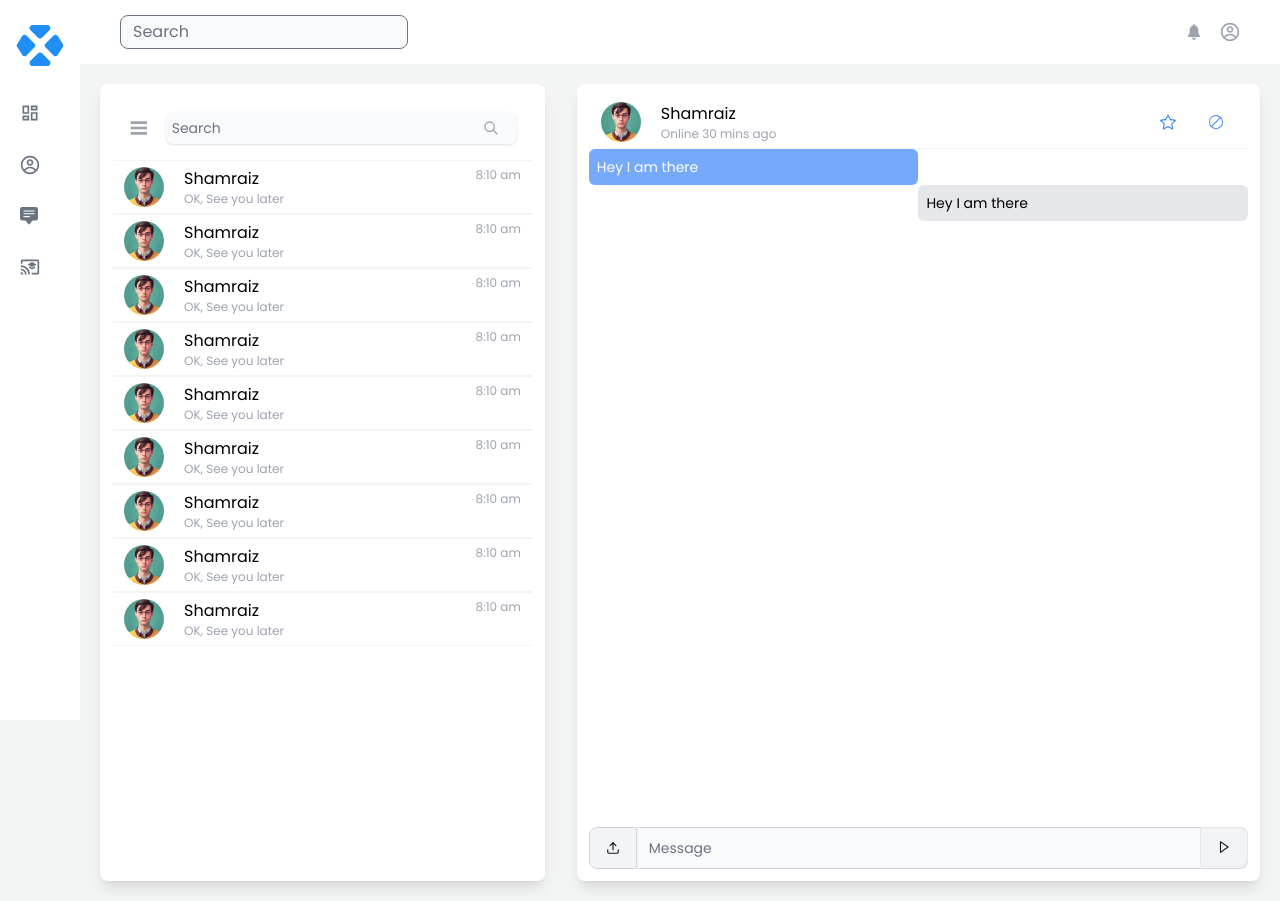
Repository: Shamraiz761/Frontend-Assessment
Page: /chat
An editor plug-in stored every save of this project. The page is shown before and after the next save, followed by the edit.
The browser window is 1280 px wide. The pictures show the whole page.
The project was rebuilt for these pictures with package versions that can differ from the ones it lists, and the page was loaded fresh each time. Also part of the build but not shown: vite.config.js, src/routes/root.jsx, src/pages/orders/index.jsx, src/pages/submission/index.jsx, src/pages/admin/index.css, src/components/admin/card.jsx, src/components/admin/addCard.jsx, src/pages/admin/index.jsx and 3 more. Imported but missing from the stored project, and not drawn on this page: src/pages/auth/login, src/pages/tasks, src/routes/profileLayout.

Above is the page before, as saved 2023-06-16 11:52:52.

### src/main.jsx
import ReactDOM from 'react-dom/client'

import React from 'react'

import App from './App.jsx'
import './index.css'

ReactDOM.createRoot(document.getElementById('root')).render(
  <React.StrictMode>
    <App />
  </React.StrictMode>,
)

### src/App.jsx
import React from 'react'
import { DndProvider } from 'react-dnd'
import { HTML5Backend } from 'react-dnd-html5-backend'
import 'flowbite'

import AppRoutes from './routes'

export default function App() {
  return (
    <DndProvider backend={HTML5Backend}>
      <AppRoutes />
    </DndProvider>
  )
}

### src/index.css
@import url("https://fonts.googleapis.com/css2?family=Poppins:wght@400;500;600;700;800;900&display=swap");

@tailwind base;
@tailwind components;
@tailwind utilities;

* {
  margin: 0;
  padding: 0;
}

body {
  margin: 0;
  font-family: "Poppins", -apple-system, BlinkMacSystemFont, "Segoe UI",
    "Roboto", "Oxygen", "Ubuntu", "Cantarell", "Fira Sans", "Droid Sans",
    "Helvetica Neue", sans-serif;
  -webkit-font-smoothing: antialiased;
  -moz-osx-font-smoothing: grayscale;
  width: 100vw;
  overflow-x: hidden;
  background-color: #f2f5f3;
  /* background: linear-gradient(180deg, #faefe8 0%, #edc7ac 100%); */
}

code {
  font-family: source-code-pro, Menlo, Monaco, Consolas, "Courier New",
    monospace;
}

.pointer-cursor {
  cursor: pointer;
}

.cusBorder {
  border: 1px solid #000;
  border-radius: 5px;
}

img {
  cursor: pointer;
}
.errors {
  color: #dc3545;
  padding: 0;
  margin: 0;
  font-size: 12px;
}
.loader {
  position: fixed;
  top: 0;
  bottom: 0;
  left: 0;
  right: 0;
  background-color: rgba(47, 151, 161, 0.32);

  display: flex;
  justify-content: center;
  align-items: center;
}

.link {
  color: #000;
  cursor: pointer;
  text-decoration: none;
}
.link:hover {
  color: #000;
}

.trans-btn {
  background-color: transparent;
  border: none;
}
.profile-logout-btn {
  border: 0;
}
.profile-logout-btn:hover {
  border: 0;
}
.profile-btn {
  border-radius: 0;
  border: 0;
}
.logout-btn {
  border-radius: 0;
  border: 0;
}
.logout-btn:hover {
  background-color: rgba(220, 53, 69, 0.5);
  border: 0;
  color: #fff;
}
.breadcrumbs ul {
  list-style: none;
  display: inline-block;
}

.breadcrumbs ul li {
  display: inline;
}

.breadcrumbs ul li .bc-link {
  /* display: block; */
  width: max-content;
  background-color: #f8f9fa;
  padding: 6px 15px 6px 25px;
  text-align: center;
  position: relative;
  margin: 0 10px 0 0;
  font-size: 15px;
  text-decoration: none;
  color: #000;
}
.breadcrumbs ul li .bc-link::after {
  content: "";
  border-top: 17px solid transparent;
  border-bottom: 17px solid transparent;
  border-left: 17px solid #f8f9fa;
  position: absolute;
  top: 0;
  right: -17px;
  z-index: 1;
}
.breadcrumbs ul li .bc-link::before {
  content: "";
  border-top: 17px solid transparent;
  border-bottom: 17px solid transparent;
  border-left: 17px solid #71cdd5;
  position: absolute;
  top: 0;
  left: 0;
}
.breadcrumbs ul li:first-child .bc-link {
  border-top-left-radius: 5px;
  border-bottom-left-radius: 5px;
}
.breadcrumbs ul li:first-child .bc-link::before {
  display: none;
}

.breadcrumbs ul li:last-child .bc-link {
  padding-right: 20px;
  border-top-right-radius: 5px;
  border-bottom-right-radius: 5px;
}
.breadcrumbs ul li:last-child .bc-link::after {
  display: none;
}

@media screen and (max-width: 500px) {
  .breadcrumbs ul li .bc-link {
    /* display: block; */
    padding: 2px 2px 2px 13px;
    /* margin: 0 10px 0 0; */
    font-size: 14px;
  }

  .breadcrumbs ul li .bc-link::after {
    content: "";
    border-top: 11.6px solid transparent;
    border-bottom: 11.6px solid transparent;
    border-left: 11.6px solid #f8f9fa;
    position: absolute;
    top: 0;
    right: -11.6px;
    z-index: 1;
  }
  .breadcrumbs ul li .bc-link::before {
    content: "";
    border-top: 11.6px solid transparent;
    border-bottom: 11.6px solid transparent;
    border-left: 11.6px solid #71cdd5;
    position: absolute;
    top: 0;
    left: 0;
  }
  .breadcrumbs ul li:last-child .bc-link {
    padding-right: 5px;
  }
}

@media screen and (max-width: 350px) {
  .breadcrumbs ul li .bc-link {
    /* display: block; */
    padding: 2px 2px 2px 12px;
    /* margin: 0 10px 0 0; */
    font-size: 10px;
  }

  .breadcrumbs ul li .bc-link::after {
    content: "";
    border-top: 9px solid transparent;
    border-bottom: 9px solid transparent;
    border-left: 9px solid #f8f9fa;
    position: absolute;
    top: 0;
    right: -9px;
    z-index: 1;
  }
  .breadcrumbs ul li .bc-link::before {
    content: "";
    border-top: 9px solid transparent;
    border-bottom: 9px solid transparent;
    border-left: 9px solid #edc7ac;
    position: absolute;
    top: 0;
    left: 0;
  }
  .breadcrumbs ul li:last-child .bc-link {
    padding-right: 5px;
  }
}

/* ********************************************** */

### src/routes/index.jsx
import {
  createBrowserRouter,
  createRoutesFromElements,
  RouterProvider,
  Route,
} from "react-router-dom";

import * as React from "react";

import Layout from "./layout";
import Root from "./root";

import Login from "../pages/auth/login";
import Chat from "../pages/chat";
import UserChat from "../components/chat/userChat";
import ProfileLayout from "./profileLayout";
import Tasks from "../pages/tasks";
import Orders from "../pages/orders";
import Submission from "../pages/submission";
import Admin from "../pages/admin";
import MarketPlace from "../pages/marketplace";
import View from "../pages/view";

export default function AppRoutes() {
  const router = createBrowserRouter(
    createRoutesFromElements(
      <Route>
        <Route path="/login" element={<Login />} />

        <Route element={<Layout />}>
          <Route path="/chat" element={<Chat />}>
            <Route path="userchat" element={<UserChat />} />
          </Route>
          <Route path="/marketplace" element={<MarketPlace />} />
          <Route path="/view" element={<View />} />

          <Route path={"/"} element={<ProfileLayout />}>
            {/* Add Task order payment submit route here */}
            <Route path="/admin" element={<Admin />} />
            <Route path="/" element={<Tasks />} />
            <Route path="/orders" element={<Orders />} />
            <Route path="/tasks" element={<Tasks />} />
            <Route path="/submission" element={<Submission />} />
          </Route>
        </Route>
      </Route>
    )
  );

  return <RouterProvider router={router} />;
}

### src/routes/layout.jsx
import { Link, Outlet, useNavigate } from "react-router-dom";
import { Gi3DGlasses } from "react-icons/gi";
import { CgProfile } from "react-icons/cg";
import { BsArrowLeft, BsFillChatSquareTextFill } from "react-icons/bs";
import { MdOutlineDashboard, MdOutlineCastForEducation } from "react-icons/md";
import "./index.css";

import React, { useState } from "react";
import Header from "../components/header/index";

export default function Layout() {
  const [open, setOpen] = useState(false);
  const [type, setType] = useState(false);
  const navigate = useNavigate();
  return (
    <div>
      <div
        className={`h-screen bg-white p-3 ${
          open ? "w-56" : "w-20"
        } fixed top-0 sidebar z-50`}
      >
        <div className="flex flex-row justify-center">
          <svg
            width="67"
            height="67"
            viewBox="0 0 67 67"
            fill="none"
            xmlns="http://www.w3.org/2000/svg"
            className={` text-4xl block float-left cursor-pointer rounded transition duration-500 ${
              !open && "rotate-[360deg]"
            }`}
            onClick={() => {
              setOpen(!open);
              setType(false);
            }}
          >
            <path
              d="M22.138 15.2984L30.8759 24.0363C32.3276 25.488 34.7005 25.488 36.1522 24.0363L44.8901 15.2984C47.2351 12.9534 45.588 8.90552 42.238 8.90552H24.7622C21.4401 8.90552 19.7651 12.9534 22.138 15.2984Z"
              fill="#208FF5"
            />
            <path
              d="M22.138 51.7017L30.8759 42.9637C32.3276 41.5121 34.7005 41.5121 36.1522 42.9637L44.8901 51.7017C47.2351 54.0467 45.588 58.0946 42.238 58.0946H24.7622C21.4401 58.0946 19.7651 54.0467 22.138 51.7017Z"
              fill="#208FF5"
            />
            <path
              d="M6.03002 31.9088L12.423 21.8588C13.428 20.2676 15.6614 20.0163 17.0014 21.3563L27.0514 31.4063C28.1959 32.5509 28.1959 34.4213 27.0514 35.5659L17.0014 45.6159C15.6614 46.9559 13.456 46.7047 12.423 45.1134L6.03002 35.0634C5.44377 34.1142 5.44377 32.8859 6.03002 31.9088Z"
              fill="#208FF5"
            />
            <path
              d="M60.9701 31.9088L54.5771 21.8588C53.5721 20.2676 51.3387 20.0163 49.9987 21.3563L39.9488 31.4063C38.8042 32.5509 38.8042 34.4213 39.9488 35.5659L49.9987 45.6159C51.3387 46.9559 53.5442 46.7047 54.5771 45.1134L60.9701 35.0634C61.5563 34.1142 61.5563 32.8859 60.9701 31.9088Z"
              fill="#208FF5"
            />
          </svg>
        </div>

        {/* Search */}

        <ul className="pt-2">
          {/* Dashboard */}
          <Link
            to="/marketplace"
            className={` rounded-md text-gray-500  text-xs flex items-center gap-x-4 cursor-pointer hover:bg-gray-50 hover:text-blue-500 py-4 p-2`}
          >
            <span className="text-xl block float-left">
              <MdOutlineDashboard />
            </span>
            <span
              className={` text-sm font-md flex-1 hidden-link ${
                !open && "hidden"
              }`}
            >
              Marketplace
            </span>
          </Link>

          <Link
            className={` rounded-md text-gray-500  text-xs flex items-center gap-x-4 cursor-pointer hover:bg-gray-50 hover:text-blue-500 py-4 p-2`}
            to="/"
          >
            <span className="text-xl block float-left">
              <CgProfile />
            </span>
            <span
              className={` text-xs font-md flex-1 hidden-link ${
                !open && "hidden"
              }`}
            >
              Profile
            </span>
          </Link>

          {/* Lens */}
          <Link
            className={` rounded-md text-gray-500  text-xs flex items-center gap-x-4 cursor-pointer hover:bg-gray-50 hover:text-blue-500 py-4 p-2`}
            to="/chat"
          >
            <span className="text-lg block float-left">
              <BsFillChatSquareTextFill />
            </span>
            <span
              className={` text-xs font-md flex-1  hidden-link ${
                !open && "hidden"
              }`}
            >
              Chat
            </span>
          </Link>

          {/* Orders */}
          <Link
            className={` rounded-md text-gray-500  text-xs flex items-center gap-x-4 cursor-pointer hover:bg-gray-50 hover:text-blue-500 py-4 p-2`}
            to="/education"
          >
            <span className="text-xl block float-left">
              <MdOutlineCastForEducation />
            </span>
            <span
              className={` text-xs font-md flex-1  hidden-link ${
                !open && "hidden"
              }`}
            >
              Education
            </span>
          </Link>
        </ul>
      </div>
      <div className={`${open ? "ml-56" : "ml-20"}`}>
        <Header />
        <Outlet />
      </div>
    </div>
  );
}

### src/pages/chat/index.jsx
import { VscThreeBars } from "react-icons/vsc";

import React from "react";

import UserChat from "../../components/chat/userChat";
import ChatsCard from "../../components/chat/chatsCard";

function Chat() {
  return (
    <div className="m-5 grid grid-cols-1 md:grid-cols-5  gap-8 flex-wrap">
      <div className="col-span-1 md:col-span-2 p-3 bg-white rounded-lg shadow-lg min-h-screen">
        <form className="m-4">
          <div className="flex items-center">
            <VscThreeBars className=" mr-4   rounded-lg text-gray-400 cursor-pointer text-2xl" />
            <div className="relative w-full  ">
              <input
                type="search"
                id='location-search"'
                className=" p-1.5 w-full focus:ring-gray-300  z-20 text-sm text-gray-200 bg-gray-50 shadow rounded-lg"
                placeholder="Search"
                required
                style={{ border: "none", outline: "none" }}
              />

              <button
                type="submit"
                className="absolute top-0 right-0 p-1.5 text-sm font-medium text-gray-400  rounded-r-lg   "
              >
                <svg
                  aria-hidden="true"
                  className="w-4 h-4 mr-3 mt-0.5"
                  fill="none"
                  stroke="currentColor"
                  viewBox="0 0 24 24"
                  xmlns="http://www.w3.org/2000/svg"
                >
                  <path
                    strokeLinecap="round"
                    strokeLinejoin="round"
                    strokeWidth={2}
                    d="M21 21l-6-6m2-5a7 7 0 11-14 0 7 7 0 0114 0z"
                  />
                </svg>
                <span className="sr-only">Search</span>
              </button>
            </div>
          </div>
        </form>
        <ChatsCard />
        <ChatsCard />
        <ChatsCard />
        <ChatsCard />
        <ChatsCard />
        <ChatsCard />
        <ChatsCard />
        <ChatsCard />
        <ChatsCard />
      </div>

      <UserChat />
    </div>
  );
}

export default Chat;

### src/components/chat/userChat.jsx
import { VscCircleSlash } from "react-icons/vsc";
import { BsStar } from "react-icons/bs";
import { FiUpload } from "react-icons/fi";
import { BiRightArrow } from "react-icons/bi";

import React from "react";

import Profile from "../../assets/images/profilePic.jpg";

function UserChat() {
  return (
    <div className="col-span-1 md:col-span-3 p-3  bg-white rounded-lg shadow-lg overflow-y">
      {" "}
      <div className="flex flex-row  px-3 py-1.5  border-b border-gray-100 rounded-sm ">
        <img src={Profile} className="h-10 w-10 rounded-full" />
        <div className="ml-5 flex flex-row justify-between w-full ">
          <div>
            {" "}
            <h1>Shamraiz</h1>{" "}
            <p className="text-xs font-thin text-gray-400">
              Online 30 mins ago
            </p>
          </div>
          <div className="flex flex-row items-center">
            <BsStar className="text-blue-500 mr-8" />
            <VscCircleSlash className="text-blue-500 mr-3" />
          </div>
        </div>
      </div>
      <div className="chats ">
        <p className="text-sm bg-blue-400 rounded-md p-2 text-white flex flex-col  justify-end w-1/2">
          Hey I am there
        </p>

        <p className="text-sm bg-gray-200 rounded-md p-2  flex flex-col float-right justify-end w-1/2">
          Hey I am there
        </p>
      </div>
      <div
        className="flex flex-col w-full  justify-end "
        style={{ height: "90vh" }}
      >
        <form className="w-full ">
          <div className="flex">
            <button
              id="dropdown-button"
              data-dropdown-toggle="dropdown"
              className="flex-shrink-0 z-10 inline-flex items-center py-2.5 px-4 text-sm font-medium text-center text-gray-900 bg-gray-100 border border-gray-300 dark:border-gray-700 dark:text-white rounded-l-lg hover:bg-gray-200  focus:outline-none "
              type="button"
            >
              <FiUpload />
            </button>
            <div
              id="dropdown"
              className="z-10 hidden bg-white divide-y divide-gray-100 rounded-lg shadow w-44 dark:bg-gray-700"
            >
              <ul
                className="py-2 text-sm text-gray-700 dark:text-gray-200"
                aria-labelledby="dropdown-button"
              >
                <li>
                  <a
                    href="#"
                    className="block px-4 py-2 hover:bg-gray-100 dark:hover:bg-gray-600 dark:hover:text-white"
                  >
                    Photo
                  </a>
                </li>
                <li>
                  <a
                    href="#"
                    className="block px-4 py-2 hover:bg-gray-100 dark:hover:bg-gray-600 dark:hover:text-white"
                  >
                    Vedio
                  </a>
                </li>
                <li>
                  <a
                    href="#"
                    className="block px-4 py-2 hover:bg-gray-100 dark:hover:bg-gray-600 dark:hover:text-white"
                  >
                    Document
                  </a>
                </li>
                <li>
                  <a
                    href="#"
                    className="block px-4 py-2 hover:bg-gray-100 dark:hover:bg-gray-600 dark:hover:text-white"
                  >
                    Finance
                  </a>
                </li>
              </ul>
            </div>
            <div className="relative w-full">
              <input
                type="search"
                id="search-dropdown"
                className="block p-2.5 w-full z-20 text-sm text-gray-900 bg-gray-50 rounded-r-lg border-l-gray-100 border-l-2 border border-gray-300 focus:ring-blue-500 focus:border-blue-500 dark:bg-gray-700 dark:border-gray-600 dark:placeholder-gray-400 dark:text-white dark:focus:border-blue-500"
                placeholder="Message"
              />
              <button
                type="submit"
                className="absolute top-0 right-0 z-10 py-3 px-4 text-sm font-medium text-gray-900 bg-gray-100 rounded-r-lg border "
              >
                <BiRightArrow />
              </button>
            </div>
          </div>
        </form>
      </div>
    </div>
  );
}

export default UserChat;

### src/routes/index.css
.sidebar {
    transition: all 0.2s ease-in;
}
.hidden-link {
    transition: all 1s ease-in;
}

### src/components/header/index.jsx
import { IoIosNotifications } from "react-icons/io";

import React from "react";
import { CgProfile } from "react-icons/cg";

function Header() {
  return (
    <div>
      {/* component */}
      <nav className=" bg-white w-full flex relative justify-between items-center mx-auto px-8 py-4 h-16">
        {/* search bar */}
        <div className="hidden sm:block flex-shrink flex-grow-0 justify-start px-2">
          <div className="inline-block">
            <div className="inline-flex items-center max-w-full">
              <input
                className="flex items-center text-gray-400 bg-slate-50 justify-between  flex-grow-0  relative w-72 border rounded-lg  py-1"
                type="search"
                placeholder="Search"
              />

              <div className="flex items-center justify-center relative  h-8 w-24 rounded-full"></div>
            </div>
          </div>
        </div>

        <div className="flex-initial">
          <div className="flex justify-end items-center relative">
            <div className="block">
              <div className="inline relative sm:flex sm:flex-row sm:justify-center">
                <button
                  type="button"
                  className="inline-flex items-center relative px-2  rounded-full hover:shadow-lg"
                >
                  <IoIosNotifications className="text-gray-400 text-xl" />
                </button>
                <button
                  type="button"
                  className="inline-flex items-center relative px-2  rounded-full hover:shadow-lg"
                >
                  <CgProfile className="text-gray-400 text-xl" />
                </button>
              </div>
            </div>
          </div>
        </div>
        {/* end login */}
      </nav>
    </div>
  );
}

export default Header;

### src/components/chat/chatsCard.jsx
import React from "react";

import Profile from "../../assets/images/profilePic.jpg";

function ChatsCard() {
  return (
    <div className="flex flex-row px-3 py-1.5  border-y border-gray-100 rounded-sm hover:bg-blue-200">
      <img src={Profile} className="h-10 w-10 rounded-full" />
      <div className="ml-5 flex flex-row justify-between w-full ">
        <div>
          {" "}
          <h1>Shamraiz</h1>{" "}
          <p className="text-xs font-thin text-gray-400">OK, See you later</p>
        </div>
        <p className="text-xs font-thin text-gray-400">8:10 am</p>
      </div>
    </div>
  );
}

export default ChatsCard;

### tailwind.config.cjs
const colors = require('tailwindcss/colors');
const defaultTheme = require('tailwindcss/defaultTheme');

module.exports = {
  content: ['./src/**/*.{js,jsx,ts,tsx}', "node_modules/flowbite/**/*.js"],
  theme: {
    extend: {
      colors: {
        // set primary color from figma
        // primary: {
        // },
      },
      fontFamily: {
        poppins: ['Poppins', ...defaultTheme.fontFamily.sans],
      },
      fontSize: {
        xxs: '0.5rem',
      },
    },
  },
  plugins: [
    require('flowbite/plugin')
  ],

};

Loaded but not shown: index.html (common file)

After the next save:
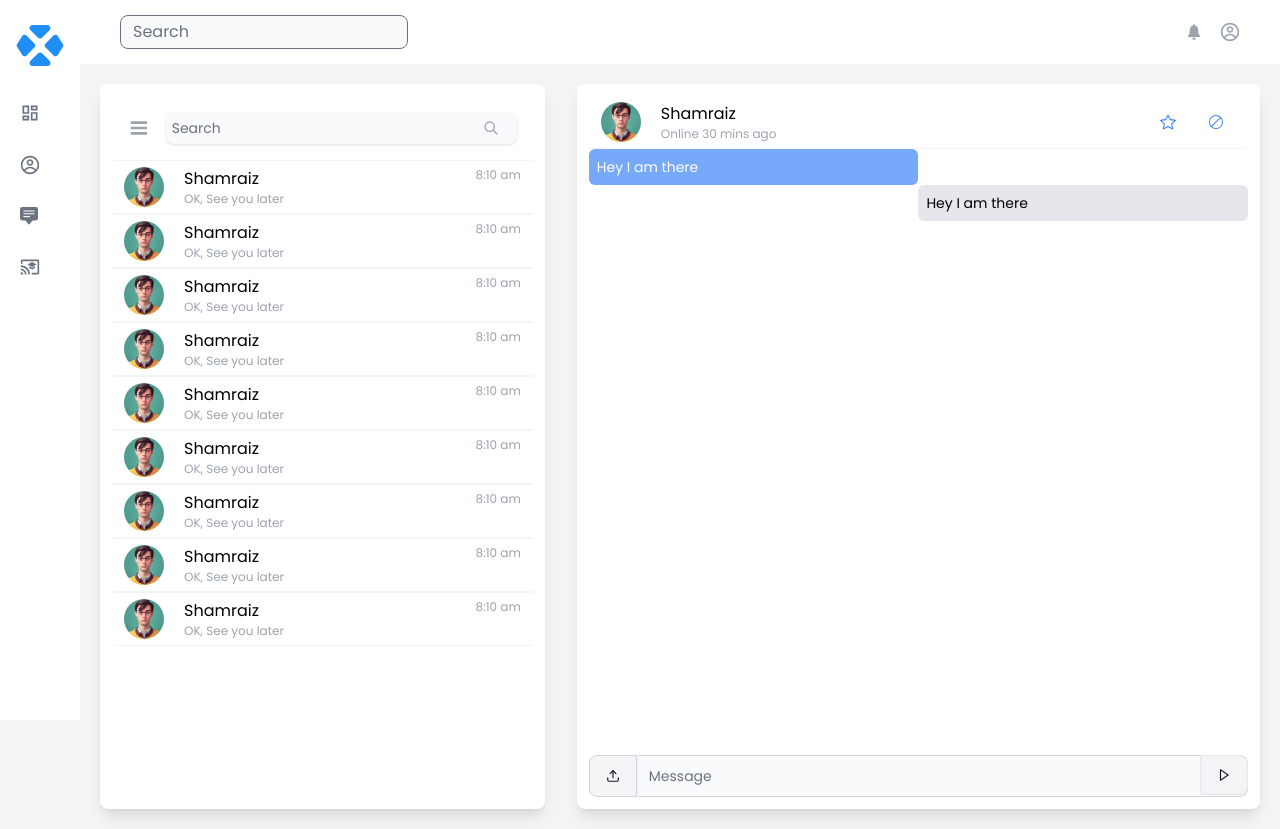
Saved 16 s later.
--- a/src/components/chat/userChat.jsx
+++ b/src/components/chat/userChat.jsx
@@ -38,9 +38,9 @@ function UserChat() {
       </div>
       <div
         className="flex flex-col w-full  justify-end "
-        style={{ height: "90vh" }}
+        style={{ height: "80vh" }}
       >
-        <form className="w-full ">
+        <form className=" ">
           <div className="flex">
             <button
               id="dropdown-button"
